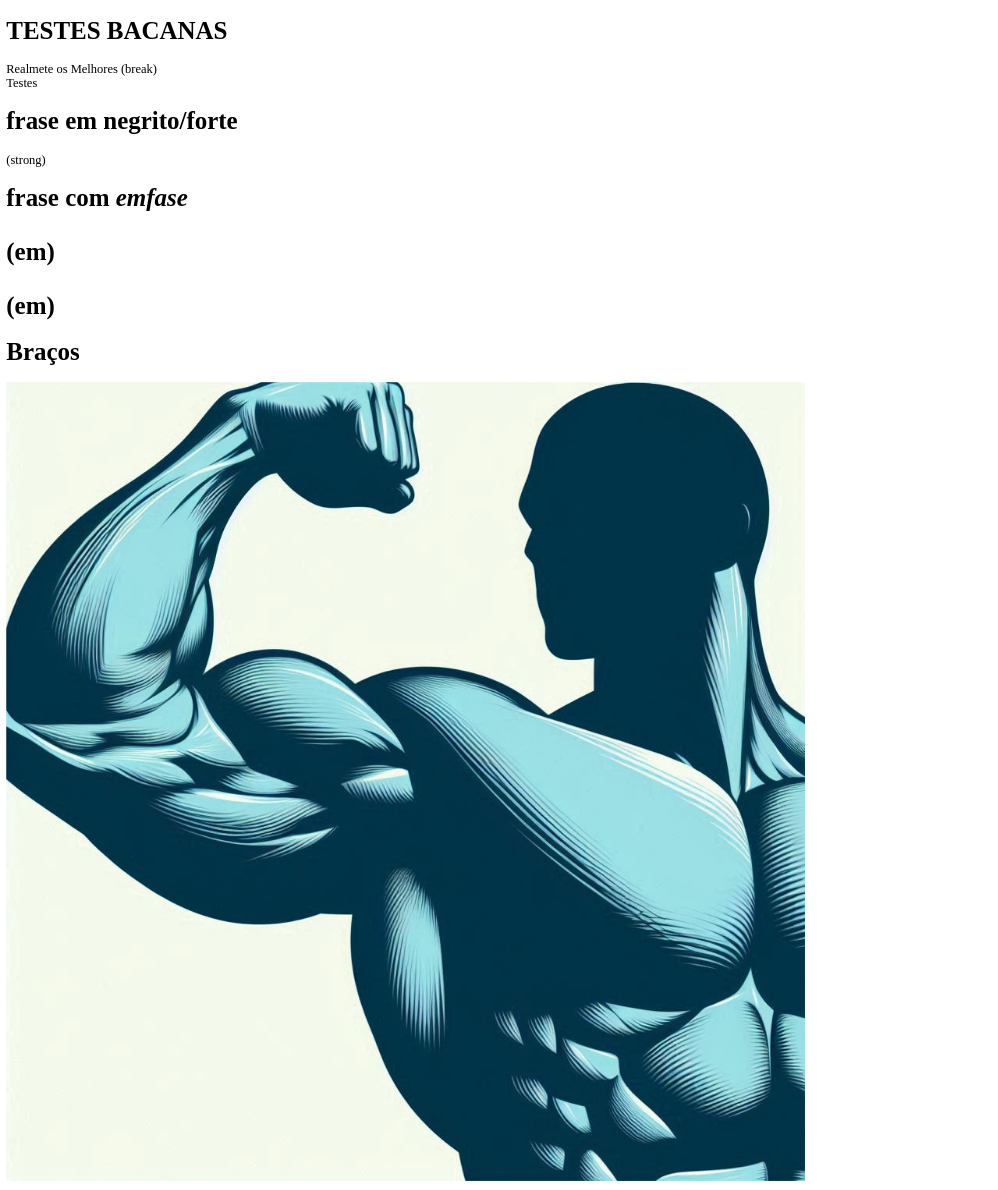
Repository: LuidyOn/Site_Forca_Total
Page: ForçaTotal/teste.html
These files come from the project's save history. The page is drawn as it stood at one moment and after the next save; the edit follows.
The browser window is 1280 px wide. The pictures show the whole page, at 78% of full size.

Above is the page before, as saved 2025-05-13 18:50:48.

### ForçaTotal/teste.html
<!DOCTYPE html>
<html lang="pt-br">
<head>
  <meta charset="UTF-8">
  <meta name="viewport" content="width=device-width, initial-scale=1.0">
  <link rel="shortcut icon" href="img/icons/logo.ico" type="image/x-icon">
  <title>Testes Força total</title>
</head>
<body>

<h1>TESTES BACANAS</h1>

  <p>Realmete os Melhores (break)<br> Testes </p>

<H1>frase em <strong>negrito/forte</strong> </H1>
<p>(strong) </p>

<H1>frase com <em>emfase</em> <br> <p> (em) </p>(em) </H1>

  <h1>Braços</h1>
<img src="img/parteSerior.png" alt="parte superior">

</body>
</html>

After the next save:
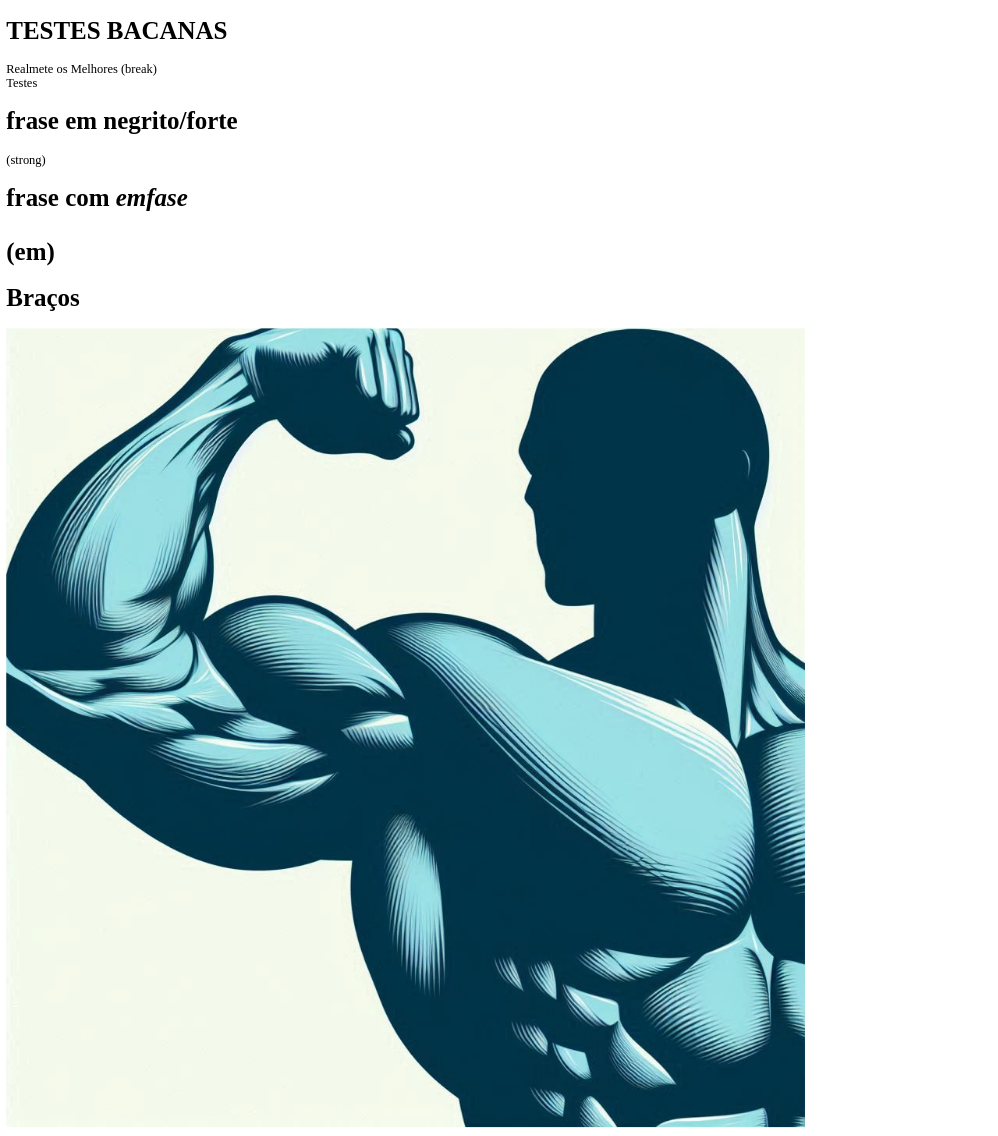
Saved 11 s later.
--- a/ForçaTotal/teste.html
+++ b/ForçaTotal/teste.html
@@ -15,7 +15,7 @@
 <H1>frase em <strong>negrito/forte</strong> </H1>
 <p>(strong) </p>
 
-<H1>frase com <em>emfase</em> <br> <p> (em) </p>(em) </H1>
+<H1>frase com <em>emfase</em> <br> <p> </p>(em) </H1>
 
   <h1>Braços</h1>
 <img src="img/parteSerior.png" alt="parte superior">

After the 4 saves that followed:
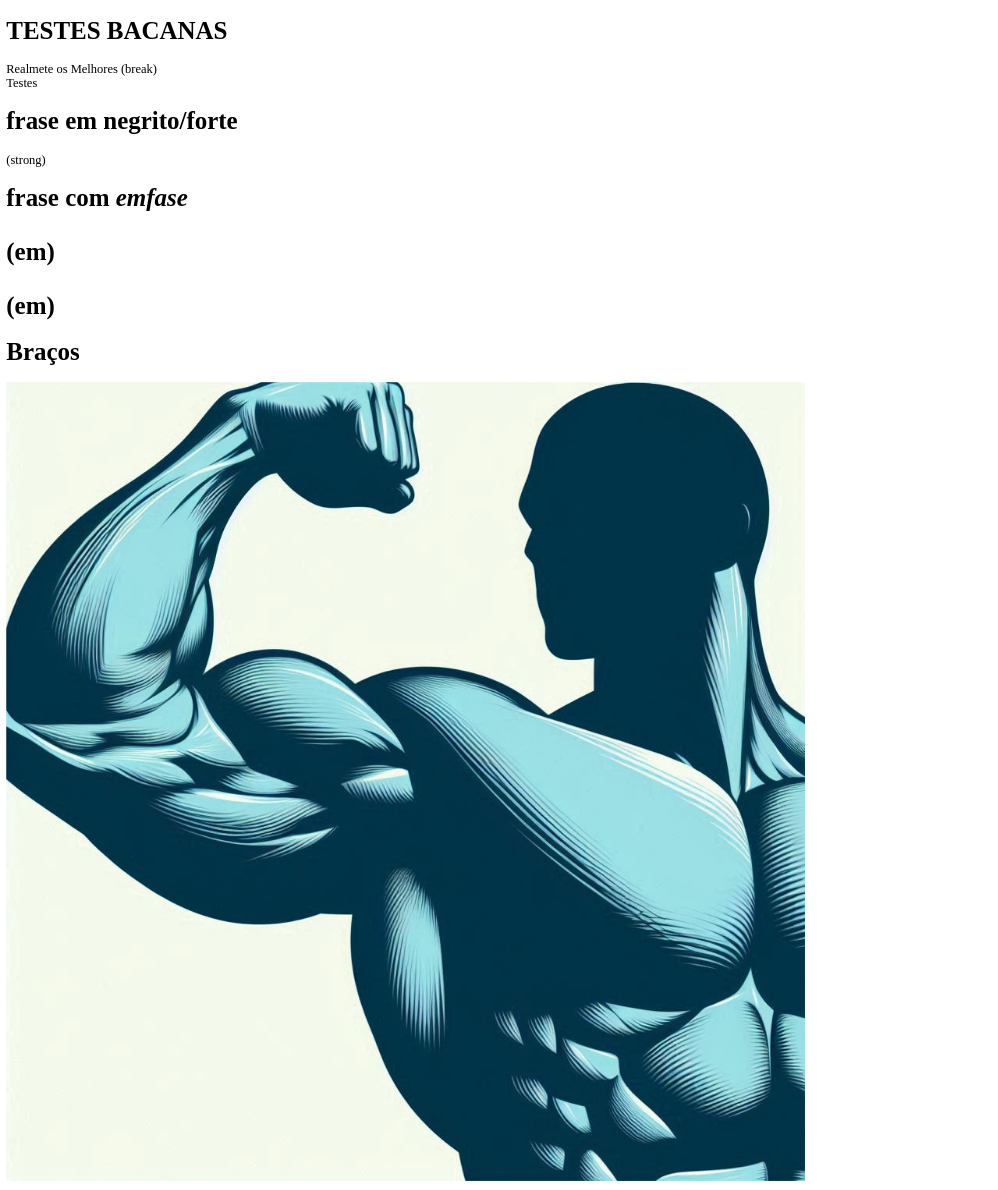
The 4 saves are shown as one change because they came seconds apart.
The last was saved 12 s later.
--- a/ForçaTotal/teste.html
+++ b/ForçaTotal/teste.html
@@ -15,7 +15,7 @@
 <H1>frase em <strong>negrito/forte</strong> </H1>
 <p>(strong) </p>
 
-<H1>frase com <em>emfase</em> <br> <p> </p>(em) </H1>
+<H1>frase com <em>emfase</em> <br> <p> (em) </p>(em) </H1>
 
   <h1>Braços</h1>
 <img src="img/parteSerior.png" alt="parte superior">
